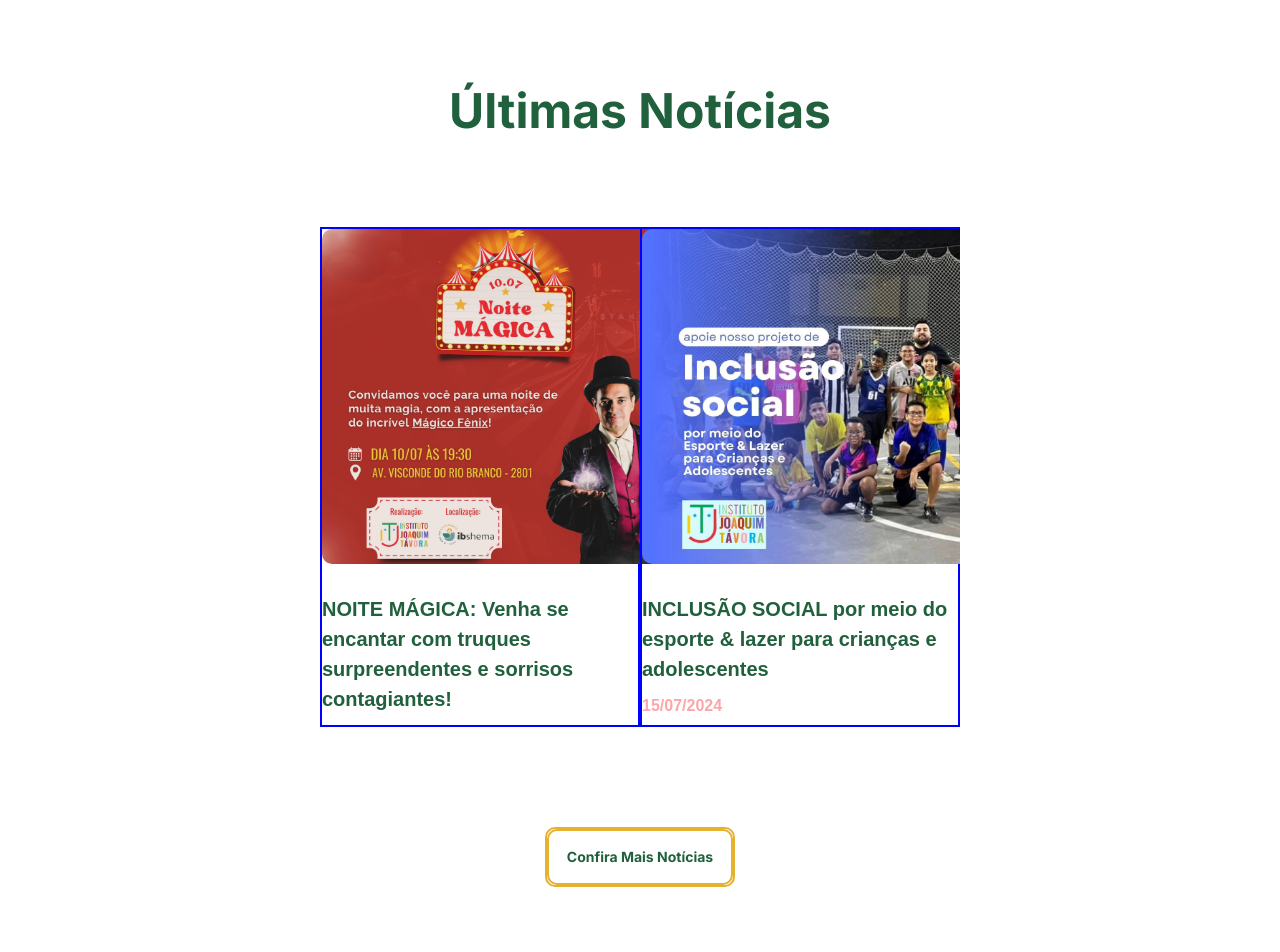
Repository: MarcelloMello90/itj2
Page: index.html
These files come from the project's save history. The page is drawn as it stood at one moment and after the next save; the edit follows.
The browser window is 1280 px wide. The pictures show the part of the page from y = 919 to 1871 px (the page is 2206 px tall).

Above is the page before, as saved 2024-07-22 23:54:02.

After the next save:
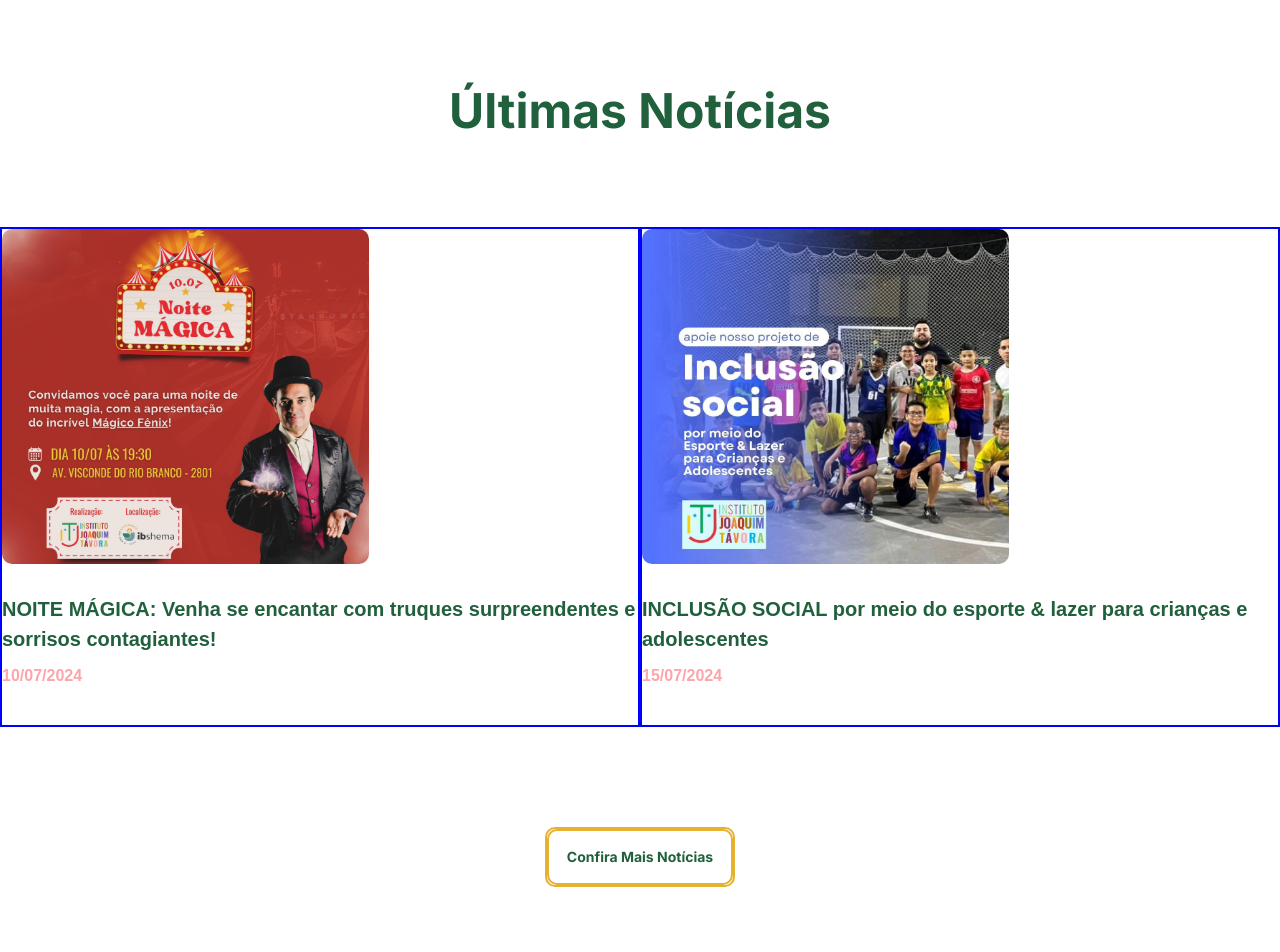
Saved 23 s later.
--- a/style.css
+++ b/style.css
@@ -192,14 +192,14 @@
 .wrapper_section1{
   display: flex;
   flex-direction: column;
-justify-content: center;
+  justify-content: center;
   gap: 60px;
 }
 
 /* ajuste caixa carousel #items-wrapper, #items, item */
 #items-wrapper{
   /* caixa que exibe 100% tela ou nao */
-  width: 50vw;
+  width: 100vw;
 
 }
 
